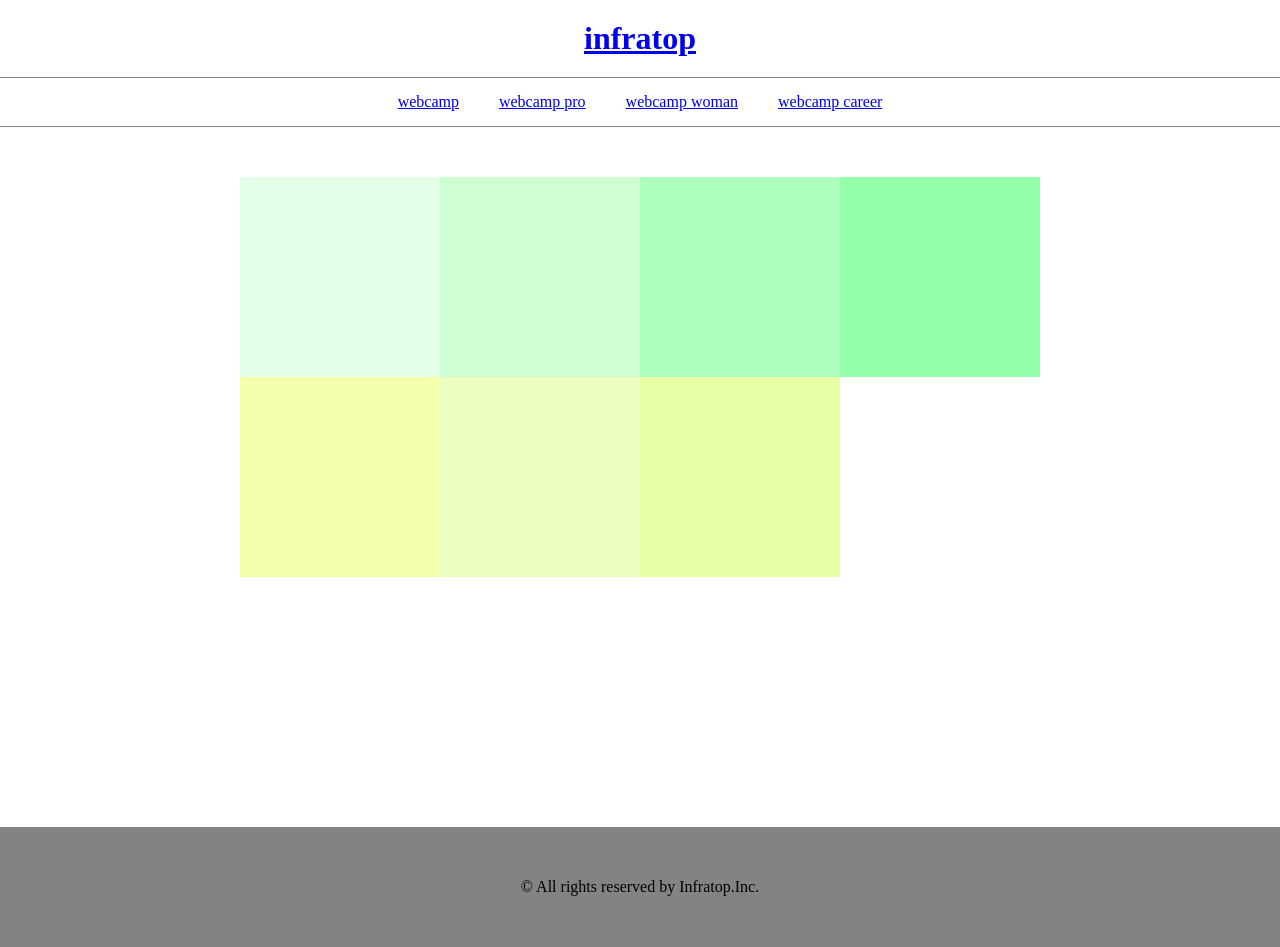
Repository: Yuya0829/HTML
Page: exercise/exercise5.html
The author's editor kept a record of every edit. The page is drawn from the files as they stood at one moment, then again after the next edit.
The browser window is 1280 px wide. The pictures show the whole page.

Above is the page before.

After the next edit:
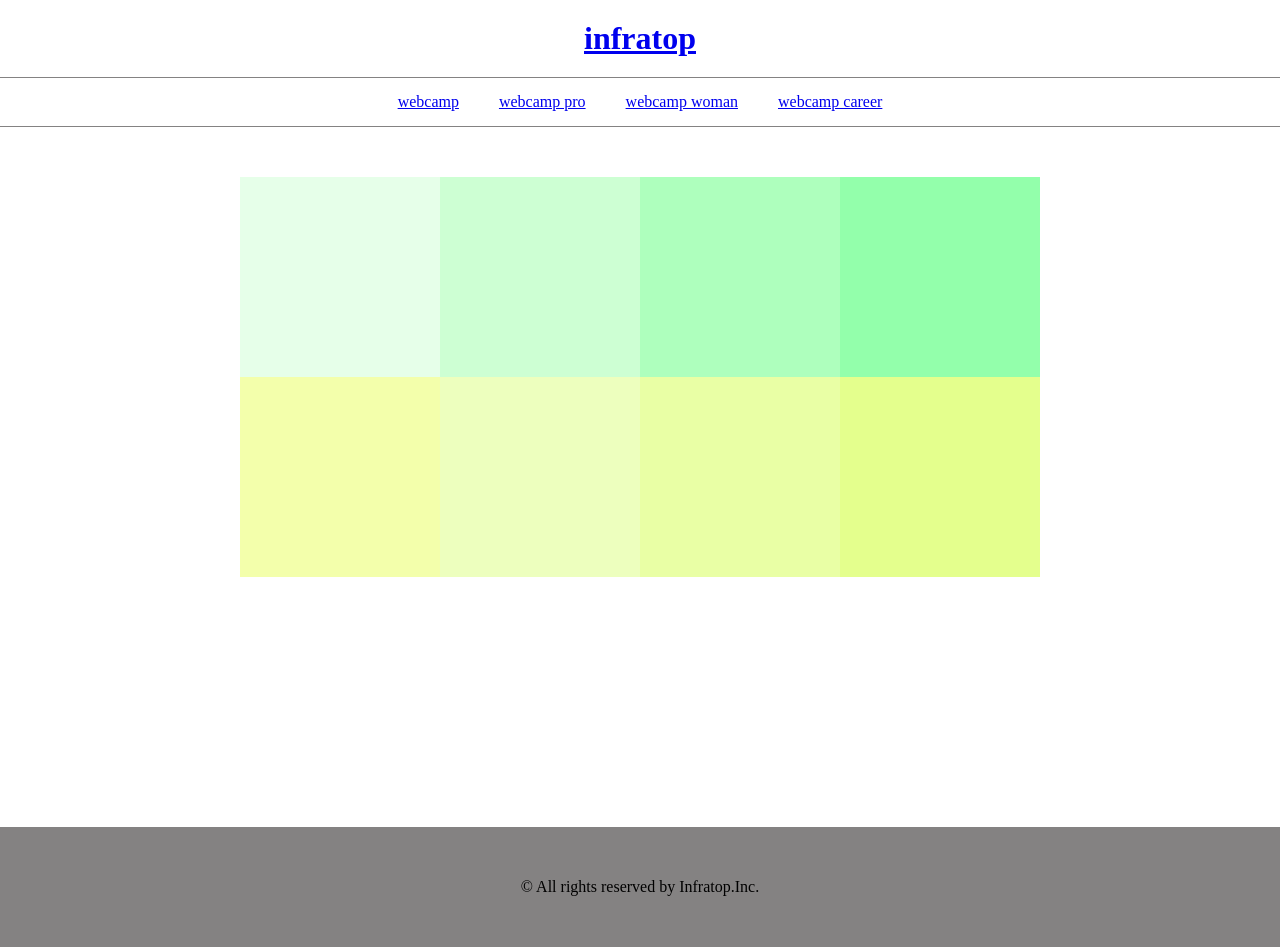
The edit:
--- a/exercise/exercise5.css
+++ b/exercise/exercise5.css
@@ -77,7 +77,7 @@
 .box8 {
   width: 200px;
   height: 200px;
-  background-color: #;
+  background-color: #e4ff8d;
 }
 
 .box9 {
